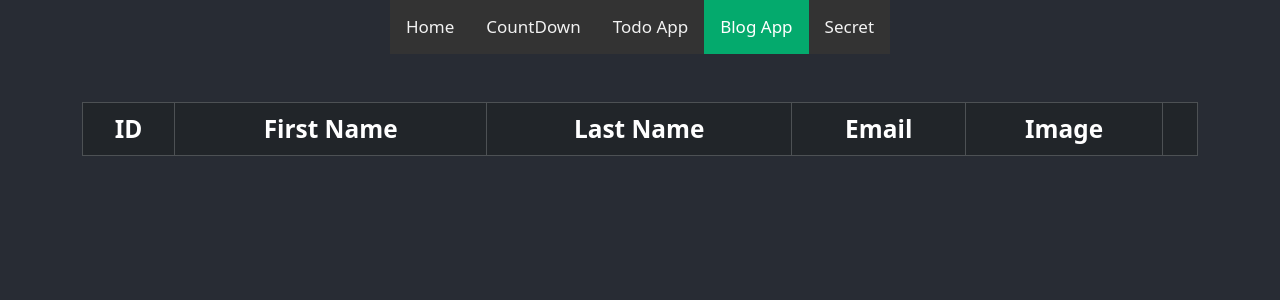
Repository: ThucSkin/React-hook-basic
Page: /blog
The author's editor kept a copy of each file at every save. The page is drawn from the files as they stood at one save, then again after the next save.
The browser window is 1280 px wide. The pictures show the whole page.
The page's requests for data from a server got no answer. The project was rebuilt for these pictures with package versions that can differ from the ones it lists, and the page was loaded fresh each time. No one was signed in, and anything a server would have sent is missing. Also part of the build but not shown: src/views/Todo.js, src/views/TableApi/TableUser.scss, src/views/TableApi/TableApi.js, src/views/CountDown/countdown.js, src/views/BlogDetail.js.

Above is the page before, as saved 2023-06-11 22:43:10.

### src/App.js

import './App.css';
import Nav from './views/Nav';
import Todo from './views/Todo';
import TableApi from './views/TableApi/TableApi';
import { CountDown } from './views/CountDown/countdown';
import { Routes, Route } from 'react-router-dom'
import { Blog } from './views/Blog';
import DetailBlog from './views/BlogDetail';
import { Container } from 'react-bootstrap';


const App = () => {
  return (
    <div className="App">
      <header className="App-header">
        <Nav />
        <Container className='container'>
          <Routes>
            <Route path='/' element={<TableApi />} />
            <Route path='/countdown' element={<CountDown />} />
            <Route path='/todo' element={<Todo />} />
            <Route path='/blog' element={<Blog />} />
            <Route path='/blog/:id' element={<DetailBlog />} />
          </Routes>
        </Container>
      </header>
    </div>
  );
}

export default App;

### src/App.css
.App {
  text-align: center;
}

.App-logo {
  height: 10vmin;
  pointer-events: none;
}

@media (prefers-reduced-motion: no-preference) {
  .App-logo {
    animation: App-logo-spin infinite 20s linear;
  }
}

.App-header {
  background-color: #282c34;
  min-height: 100vh;
  display: flex;
  flex-direction: column;
  align-items: center;
  /* justify-content: center; */
  font-size: calc(10px + 2vmin);
  color: white;
}

.App-link {
  color: #61dafb;
}

@keyframes App-logo-spin {
  from {
    transform: rotate(0deg);
  }
  to {
    transform: rotate(360deg);
  }
}

### src/views/Nav.js
import { NavLink } from 'react-router-dom';
import './Nav.scss';
import 'bootstrap/dist/css/bootstrap.min.css';

const Nav = () => {
    return (
        <>
            <div className="topnav mb-4">
                <NavLink to="/" activeclassName="active">Home</NavLink>
                <NavLink to="/countdown">CountDown</NavLink>
                <NavLink to="/todo">Todo App</NavLink>
                <NavLink to="/blog">Blog App</NavLink>
                <NavLink to="/secrect">Secret</NavLink>
            </div>
        </>
    )
}

export default Nav;

### src/views/Blog.js
import useFetch from "../customize/Fetch";
import Table from 'react-bootstrap/Table';
import 'bootstrap/dist/css/bootstrap.min.css';
import { Link } from "react-router-dom";

const Blog = () => {
    const { data: dataBlogs, loading }
        = useFetch(`https://reqres.in/api/users?page=2`, false);
    let newData = [];

    if (dataBlogs.length > 0 && dataBlogs) {
        newData = dataBlogs;
    }

    return (
        <Table striped bordered hover variant="dark" className='mt-4'>
            <thead>
                <tr>
                    <th>ID</th>
                    <th>First Name</th>
                    <th>Last Name</th>
                    <th>Email</th>
                    <th>Image</th>
                    <th colSpan={2}></th>
                </tr>
            </thead>
            <tbody>

                {loading === false && newData && newData.length > 0 &&
                    newData.map(item => {
                        return (
                            <tr key={item.id}>
                                <td>{item.id}</td>
                                <td>{item.first_name}</td>
                                <td>{item.last_name}</td>
                                <td>{item.email}</td>
                                <td>
                                    <img className='img-users' alt="" src={item.avatar}></img>
                                </td>
                                <td>
                                    <button>
                                        <Link to={`/blog/${item.id}`}>Detail</Link>
                                    </button>
                                    <button>
                                        <Link >Add new blog</Link>
                                    </button>
                                </td>
                            </tr>
                        )
                    })
                }
                {loading === true &&
                    <tr>
                        <td colSpan={5}>Loading...</td>
                    </tr>}
            </tbody>
        </Table>
    );
}

export { Blog };

### src/views/Nav.scss
body {
    margin: 0;
    font-family: Arial, Helvetica, sans-serif;

    .topnav {
        overflow: hidden;
        background-color: #333;

        a {
            float: left;
            color: #f2f2f2;
            text-align: center;
            padding: 14px 16px;
            text-decoration: none;
            font-size: 17px;
        }

        a:hover {
            background-color: #ddd;
            color: black;
        }

        a.active {
            background-color: #04AA6D;
            color: white;
        }
    }
}

### src/customize/Fetch.js
import { useEffect, useState } from "react"
import axios from "axios"

const useFetch = (url, isUserData) => {
    const [data, setData] = useState([])
    const [loading, setLoading] = useState(true)

    useEffect(() => {
        const ourRequest = axios.CancelToken.source() // <-- 1st step

        async function fetchData() {
            try {
                let res = await axios.get(url, {
                    cancelToken: ourRequest.token, // <-- 2nd step
                })
                let data = (res && res.data) ? res.data.data : []; // true, false
                setData(data);
                setLoading(false);
            }
            catch (err) {
                if (axios.isCancel(err)) {
                    console.log('Request canceled', err.message);
                } else {
                    setLoading(false);
                }

            }
        }
        setTimeout(() => {
            fetchData();
        }, 1000)
        return () => {
            ourRequest.cancel();
        }
    }, [url]);

    return {
        data, loading
    }
}

export default useFetch;

### src/App.scss
.App {
    text-align: center;
}

.App-logo {
    height: 10vmin;
    pointer-events: none;
}

@media (prefers-reduced-motion: no-preference) {
    .App-logo {
        animation: App-logo-spin infinite 20s linear;
    }
}

.App-header {
    background-color: #282c34;
    min-height: 100vh;
    display: flex;
    flex-direction: column;
    align-items: center;
    /* justify-content: center; */
    font-size: calc(10px + 2vmin);
    color: white;
}

.App-link {
    color: #61dafb;
}

@keyframes App-logo-spin {
    from {
        transform: rotate(0deg);
    }

    to {
        transform: rotate(360deg);
    }
}

.container {
    font-size: 12px;
}

Loaded but not shown: public/index.html (common file); src/index.js (common file); src/index.css (common file); src/reportWebVitals.js (common file)

After the next save:
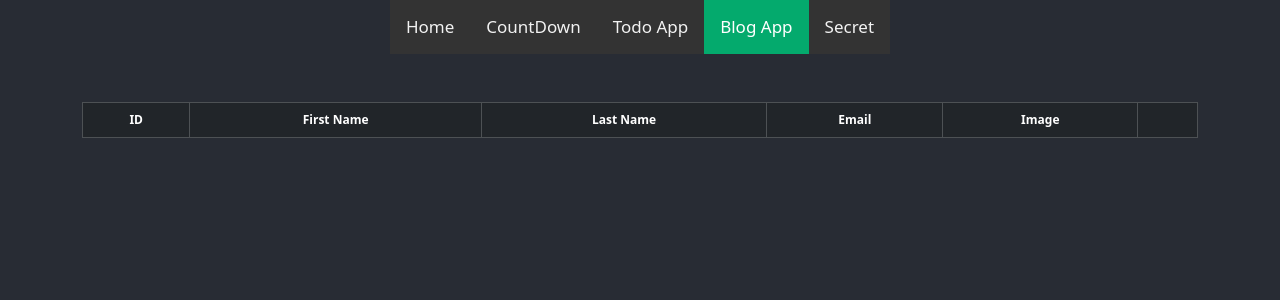
Saved 14 s later.
--- a/src/App.js
+++ b/src/App.js
@@ -1,5 +1,5 @@
 
-import './App.css';
+import './App.scss';
 import Nav from './views/Nav';
 import Todo from './views/Todo';
 import TableApi from './views/TableApi/TableApi';
